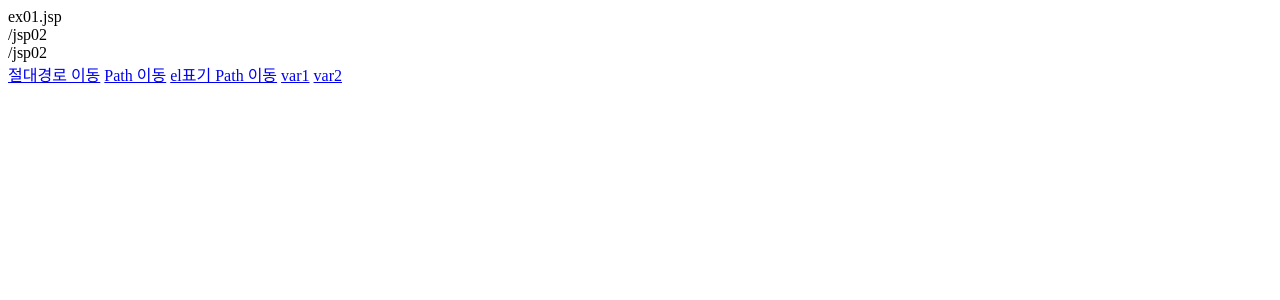
Repository: hangilyon/allJSPStudy
Page: http://localhost/jsp02/ex01.jsp
These files come from the project's save history. The page is drawn as it stood at one moment and after the next save; the edit follows.
The browser window is 1280 px wide. The pictures show the whole page.
The page is served by Tomcat 9.

Above is the page before, as saved 2021-10-20 08:12:08.

After the next save:
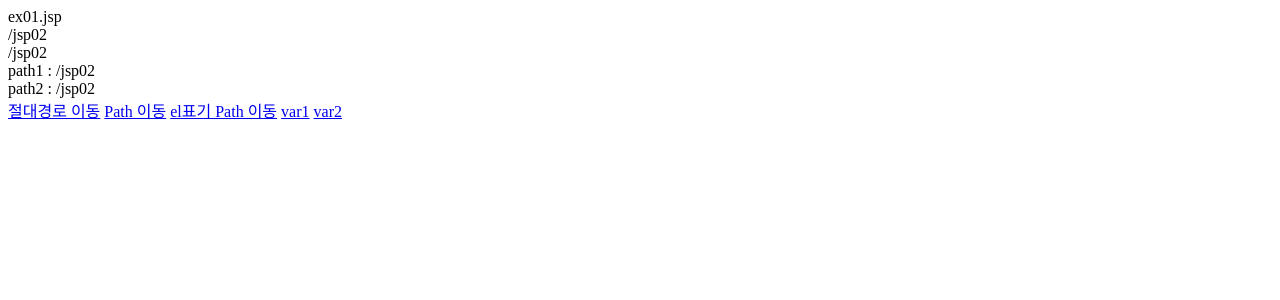
Saved 77 s later.
--- a/jsp02/src/main/webapp/ex01.jsp
+++ b/jsp02/src/main/webapp/ex01.jsp
@@ -12,6 +12,11 @@
 <body>ex01.jsp<br>
 	<%= request.getContextPath()%> <br>
 	${pageContext.request.contextPath}<br>
+	path1 : ${contextPath1 }<br>
+	path2 : ${contextPath2 }<br>
+
+
+
 	<a href="/jsp02/ex01_1.jsp">절대경로 이동</a>
 	<a href="<%= request.getContextPath()%>/ex01_1.jsp">Path 이동</a>
 	<a href="${pageContext.request.contextPath}/ex01_1.jsp">el표기 Path 이동</a>
